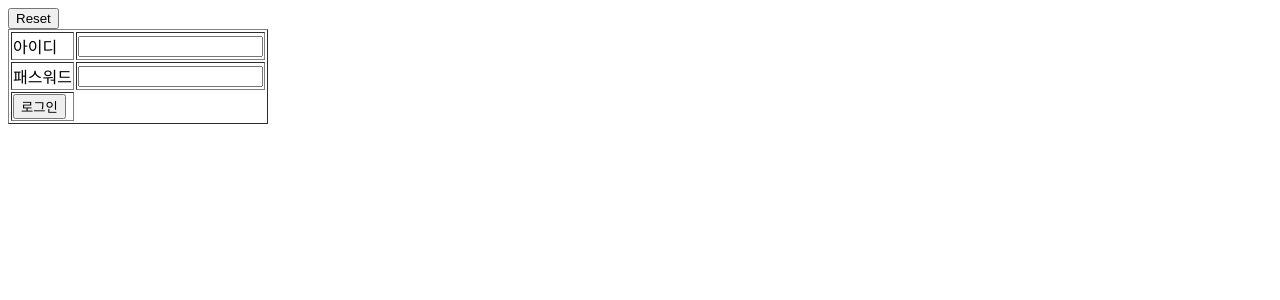
Repository: kisunssong/jsp
Page: test/WebContent/form.tag.htm
The author's editor kept a copy of each file at every save. The page is drawn from the files as they stood at one save, then again after the next save.
The browser window is 1280 px wide. The pictures show the whole page.

Above is the page before, as saved 2020-11-16 12:12:58.

After the next save:
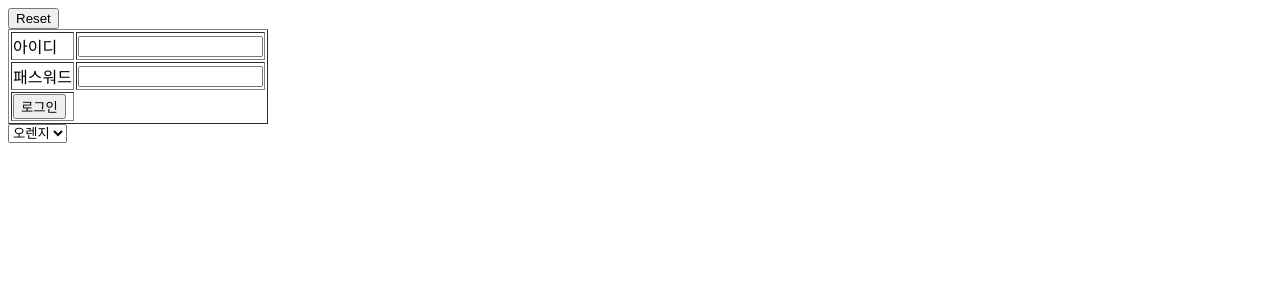
Saved 12 min 17 s later.
--- a/test/WebContent/form.tag.htm
+++ b/test/WebContent/form.tag.htm
@@ -20,15 +20,37 @@
 
         구성태그
     <input>
-    1.type
-    text : 한줄 입력을 받을 때 사용하는 형식
-    password : 비밀번호 형태로 입력받을 때 사용하는 형식
+    (type)
+    text : 한줄 입력을 받을 때 사용
+    password : 비밀번호 형태로 입력받을 때 사용
     radio : 상호베타적 선택 (1개만 선택)
     checkbox : 다중 선택
     button : 자바스크립트와 연계해서 사용
     submit : 폼의 내용을 action에서 지정한 주소로 보낼 때 사용
-    reset
-    </input>
+    reset : 폼의 내용을 초기값으로 재설정할 때 사용
+    hidden : 숨김필드로 화면에 보이지 않게 할 때 사용
+    file : 파일을 첨부할 때 사용
+
+    <select>
+         목록상자나 콤보 박스로 폼을 구성할 때 사용하는 태그
+    (속성)
+    name : 필드의 이름을 지정
+    size : 목록상자에 보여지는 항목의 수를 지정한다.
+    multiple : 필드에서 여러개의 항목을 선택할 수 있도록 지정한다.
+
+    <option>
+    select 태그가 만드는 필드의 항목을 만드는 태그
+    (속성)
+    value : 항목을 선택했을 때 전송할 값을 지정한다.
+    selected : 기본적으로 선택되는 항목을 지정한다.
+
+    <textarea>
+    (속성)
+         여러줄을 입력하는 데이터를 사용하고자 할때 사용하는 태그
+    name : 필드의 이름을 지정
+    clols : 대문자 A를 기준으로 너비를 설정
+    rows : 대문자 A를 기준으로 행을 설정
+    readonly : 필드를 읽 전용으로 지정
     -->
     <form action="http://www.naver.com/index.html">
     <table border="1">
@@ -50,6 +72,13 @@
      </tr>
      <div><input type="reset"></div>
     </table>
+
+    <select name = "과일">
+    	<option value="orange">오렌지</option>
+    	<option value="banana">바나나</option>
+    	<option value="apple">사과</option>
+    </select>
+
     </form>
 </body>
 </html>
